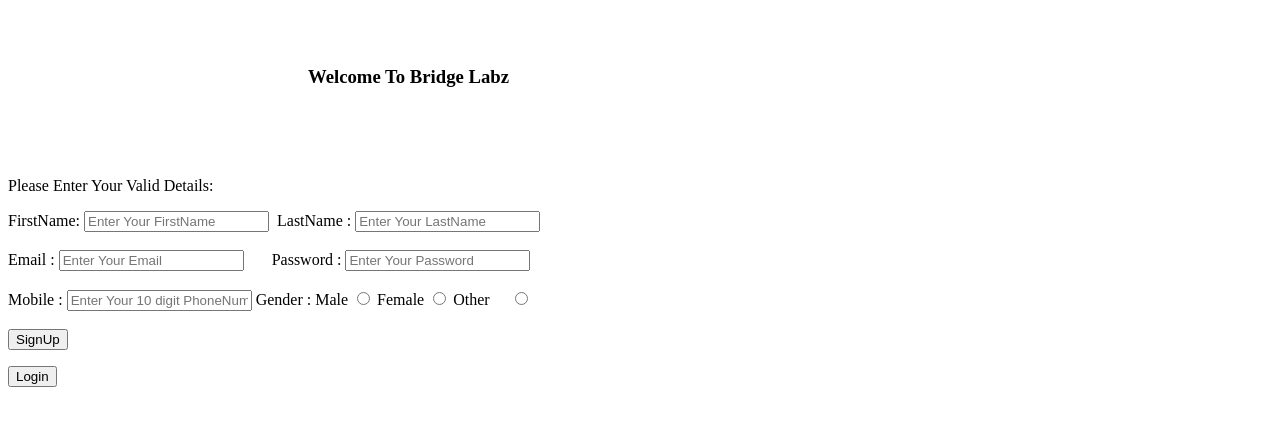
Repository: msibgathulla9980/Servlet
Page: LoginRegistrationApp/WebContent/Registration.html
The author's editor kept a copy of each file at every save. The page is drawn from the files as they stood at one save, then again after the next save.
The browser window is 1280 px wide. The pictures show the whole page.

Above is the page before, as saved 2019-01-23 05:17:17.

### LoginRegistrationApp/WebContent/Registration.html
<html>
<head>
<h3><b><object align="middle"></object>Welcome To Bridge Labz</b></h3>
</head>
<title>LoginPage</title>
<p>Please Enter Your Valid Details: </p>
<body>
<form action="Register" method="post">
FirstName: <input type="text" name="firstName" placeholder="Enter Your FirstName" required/>&nbsp
LastName : <input type="text" name="lastName" placeholder="Enter Your LastName" required/><br><br>
Email    : <input type="email" name="email" placeholder="Enter Your Email" required/>&nbsp&nbsp&nbsp&nbsp&nbsp&nbsp
Password : <input type="password" name="password" placeholder="Enter Your Password" required/><br><br>
Mobile   : <input type="text" name="phoneNumber" placeholder="Enter Your 10 digit PhoneNumber" required/>
Gender   :
<label for="male">Male</label>
  <input type="radio" name="gender" id="male" value="male" >
  <label for="female">Female</label>
 <input type="radio" name="gender" id="female" value="female" >
  <label for="other">Other</label>&nbsp&nbsp&nbsp&nbsp
 <input type="radio" name="gender" id="other" value="other" ><br><br>
</object><input type="submit" value="SignUp"/>
</form>
<a href="login.html" ><input type="submit" value="Login"/></a>
</body>
</html>

After the next save:
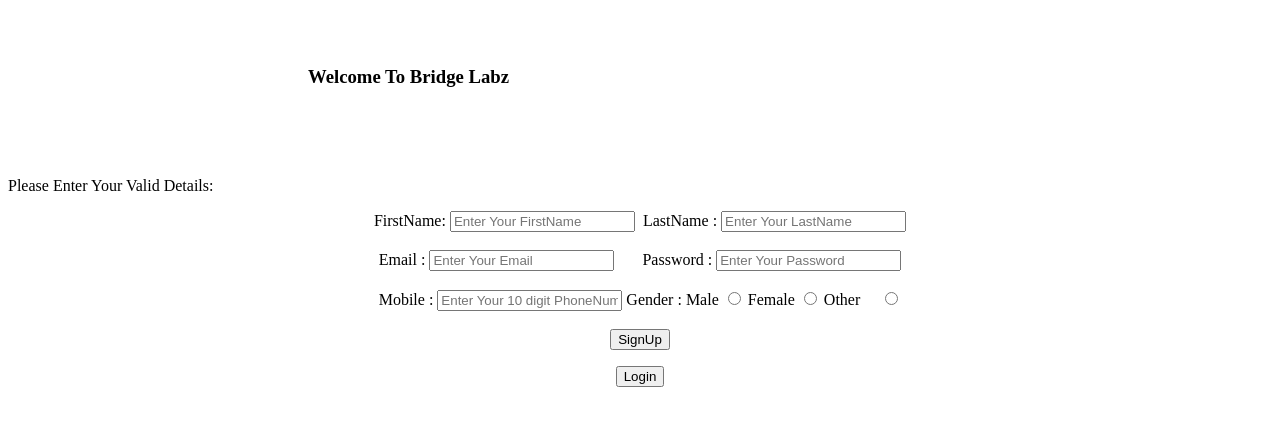
Saved 105 s later.
--- a/LoginRegistrationApp/WebContent/Registration.html
+++ b/LoginRegistrationApp/WebContent/Registration.html
@@ -5,6 +5,7 @@
 <title>LoginPage</title>
 <p>Please Enter Your Valid Details: </p>
 <body>
+<center>
 <form action="Register" method="post">
 FirstName: <input type="text" name="firstName" placeholder="Enter Your FirstName" required/>&nbsp
 LastName : <input type="text" name="lastName" placeholder="Enter Your LastName" required/><br><br>
@@ -21,5 +22,6 @@
 </object><input type="submit" value="SignUp"/>
 </form>
 <a href="login.html" ><input type="submit" value="Login"/></a>
+<center>
 </body>
 </html>
